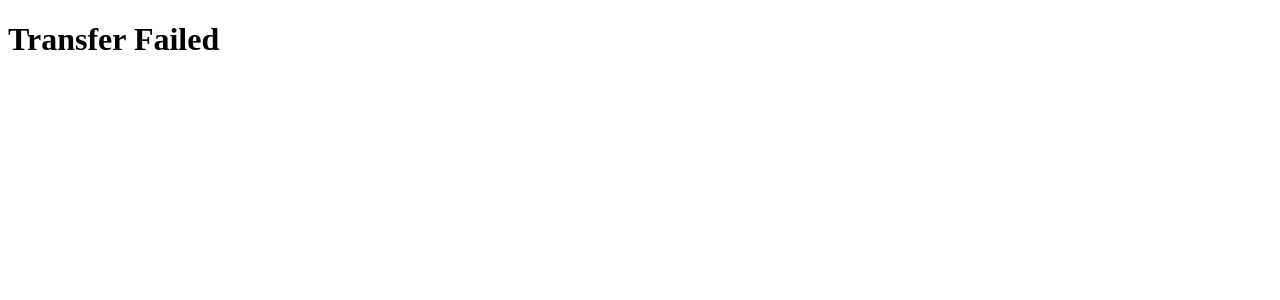
Repository: DEEKSHITH-GD/Banking-Application-using-Servlets
Page: Banking Application using Servlets/BankingApplication_Servlets/src/main/webapp/TransferFailed.html
These files come from the project's save history. The page is drawn as it stood at one moment and after the next save; the edit follows.
The browser window is 1280 px wide. The pictures show the whole page.

Above is the page before, as saved 2024-01-03 15:51:20.

After the next save:
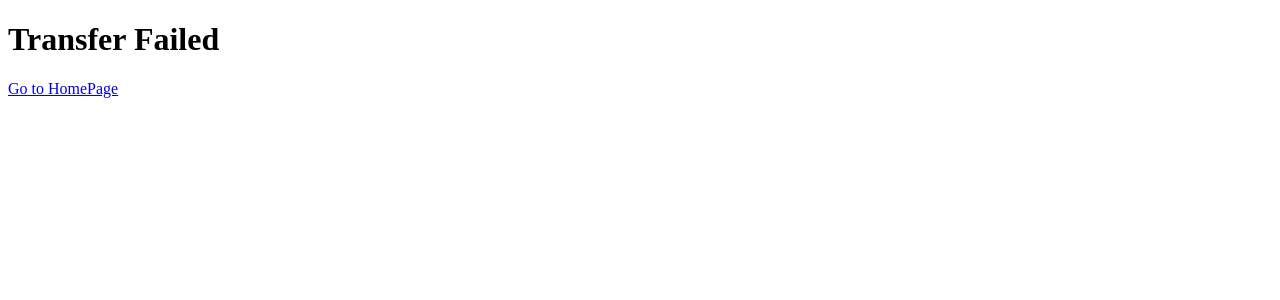
Saved 15 s later.
--- a/Banking Application using Servlets/BankingApplication_Servlets/src/main/webapp/TransferFailed.html
+++ b/Banking Application using Servlets/BankingApplication_Servlets/src/main/webapp/TransferFailed.html
@@ -5,6 +5,7 @@
 <title>Failure Page</title>
 </head>
 <body>
-<h1>Transfer Failed</h1>
+	<h1>Transfer Failed</h1>
+	<a href="Home.html">Go to HomePage</a><br><br>
 </body>
 </html>
